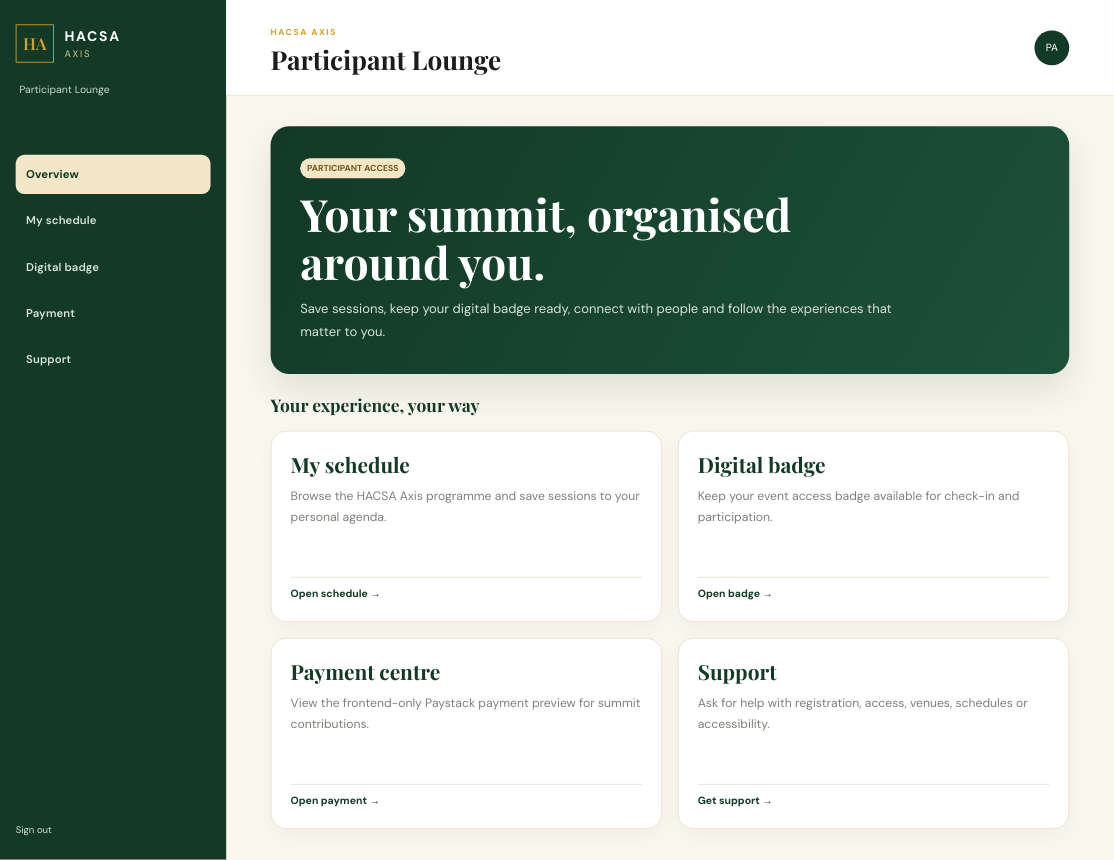
Repository: lawrencia-coder/HACSA_Axis_Participant_Speaker_v2
Page: participant.html
The author's editor kept a copy of each file at every save. The page is drawn from the files as they stood at one save, then again after the next save.
The browser window is 1280 px wide. The pictures show the whole page, at 87% of full size.

Above is the page before, as saved 2026-09-17 13:24:14.

After the next save:
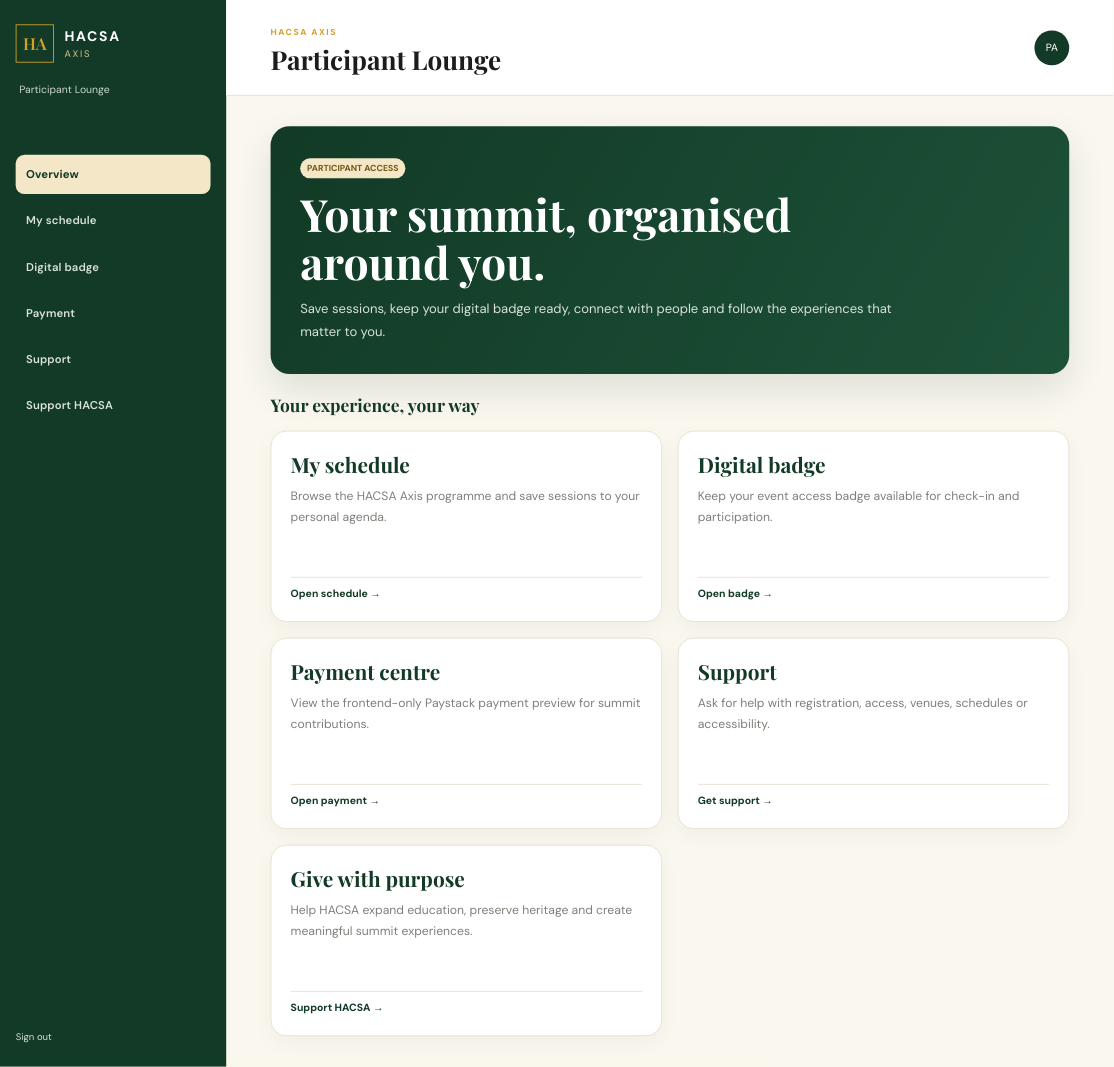
Saved 4 min 4 s later.
--- a/participant.html
+++ b/participant.html
@@ -186,6 +186,7 @@
                 <a href="index.html?role=participant&view=badge">Digital badge</a>
                 <a href="index.html?role=participant&view=payment">Payment</a>
                 <a href="index.html?role=participant&view=support">Support</a>
+                <a href="index.html?role=participant&view=donate">Support HACSA</a>
             </nav>
             <div class="sidebar-bottom"><a href="signin.html">Sign out</a></div>
         </aside>
@@ -240,6 +241,14 @@
                         </div>
                         <a class="role-link" href="index.html?role=participant&view=support">Get support →</a>
                     </article>
+
+                    <article class="role-card" id="donate">
+                        <div>
+                            <h3>Give with purpose</h3>
+                            <p>Help HACSA expand education, preserve heritage and create meaningful summit experiences.</p>
+                        </div>
+                        <a class="role-link" href="index.html?role=participant&view=donate">Support HACSA →</a>
+                    </article>
                 </div>
             </section>
         </main>
